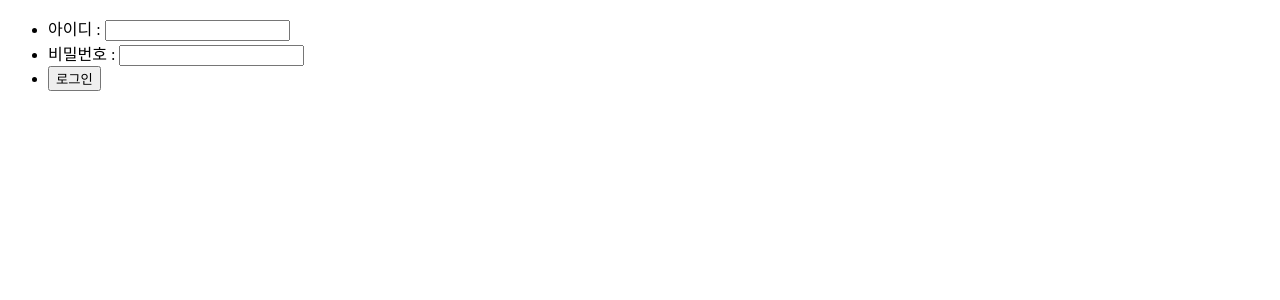
Repository: ygs3004/StudyHTML_CSS
Page: web project 01/src/main/webapp/chapter05/exam05_02.html
An editor plug-in stored every save of this project. The page is shown before and after the next save, followed by the edit.
The browser window is 1280 px wide. The pictures show the whole page.

Above is the page before, as saved 2022-08-05 01:04:10.

After the next save:
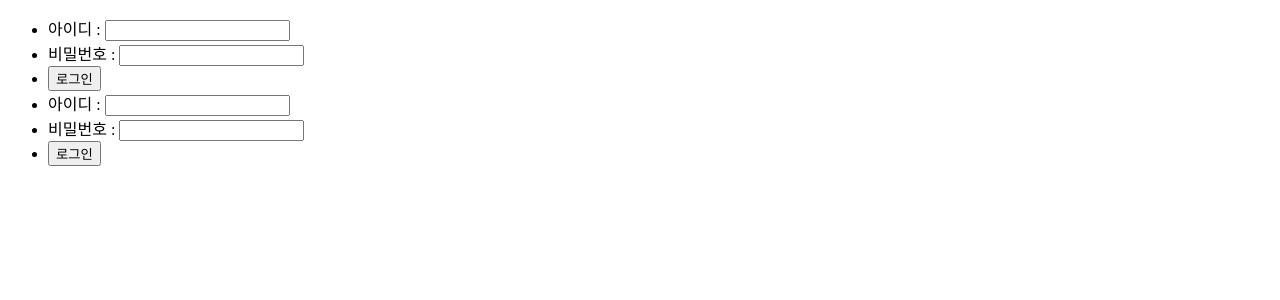
Saved 119 s later.
--- a/web project 01/src/main/webapp/chapter05/exam05_02.html
+++ b/web project 01/src/main/webapp/chapter05/exam05_02.html
@@ -10,6 +10,10 @@
 	<li> 아이디 : <input type ="text"></li>
 	<li> 비밀번호 : <input type="password"></li>
 	<li><input type="submit" value = "로그인"></li>
+
+	<li><label></label> 아이디 : <input type ="text"></li>
+	<li> 비밀번호 : <input type="password"></li>
+	<li><input type="submit" value = "로그인"></li>
 	</ul>
 </form>
 </body>
